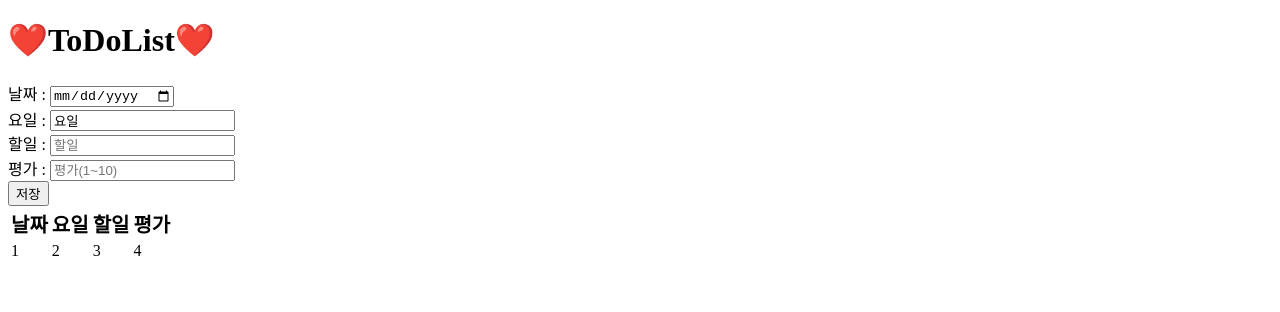
Repository: Flower-Deer/Mybatis_Practice_TodoList
Page: http://localhost/ToDoList/test.jsp
The author's editor kept a copy of each file at every save. The page is drawn from the files as they stood at one save, then again after a run of saves.
The browser window is 1280 px wide. The pictures show the whole page.
The page is served by Tomcat 9.

Above is the page before, as saved 2023-03-18 06:11:51.

After the next 2 saves:
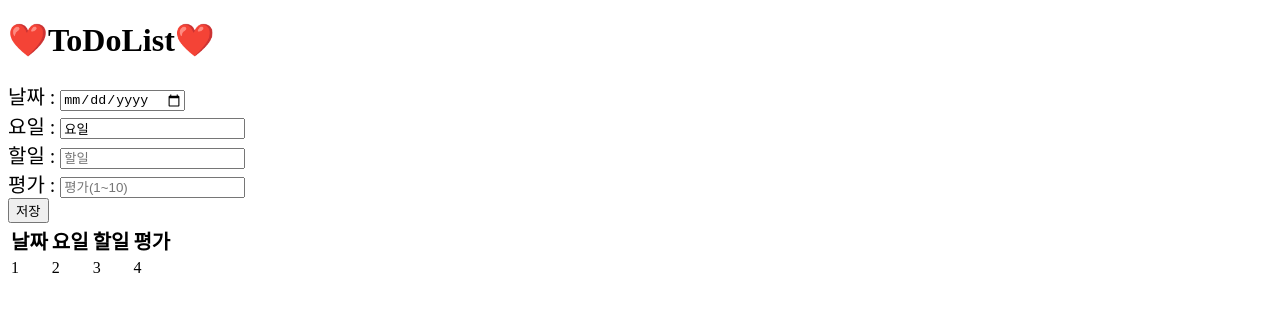
The 2 saves are shown as one change because they came seconds apart.
The last was saved 50 s later.
--- a/ToDoList/src/main/webapp/test.jsp
+++ b/ToDoList/src/main/webapp/test.jsp
@@ -8,7 +8,7 @@
 </head>
 <body>
 <h1>❤️ToDoList❤️</h1>
-<form>
+<form style="font-size: 20px;">
 	날짜 : <input type="date"> <br/>
 	요일 : <input type="text" value="요일"> <br/>
 	할일 : <input type="text" placeholder="할일"> <br/>
